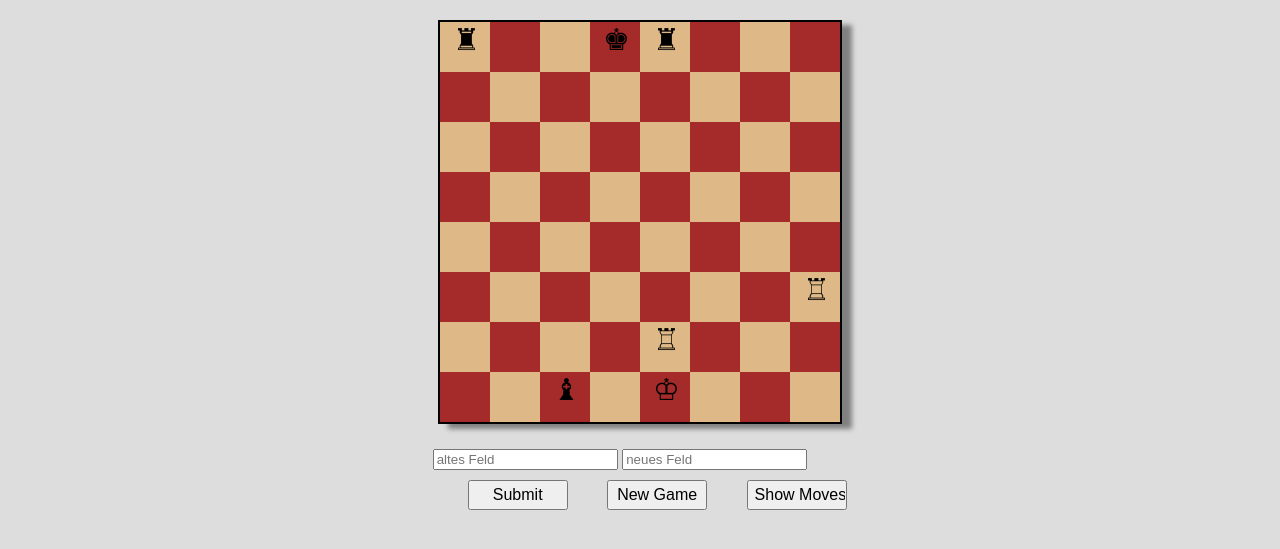
Repository: lizenzblue/Schach
Page: http://localhost/Schach.php
The author's editor kept a copy of each file at every save. The page is drawn from the files as they stood at one save, then again after the next save.
The browser window is 1280 px wide. The pictures show the whole page.
The page is run by PHP 8.4 with error messages shown; the project is at /var/www/html/.

Above is the page before, as saved 2023-02-02 14:10:09.

After the next save:
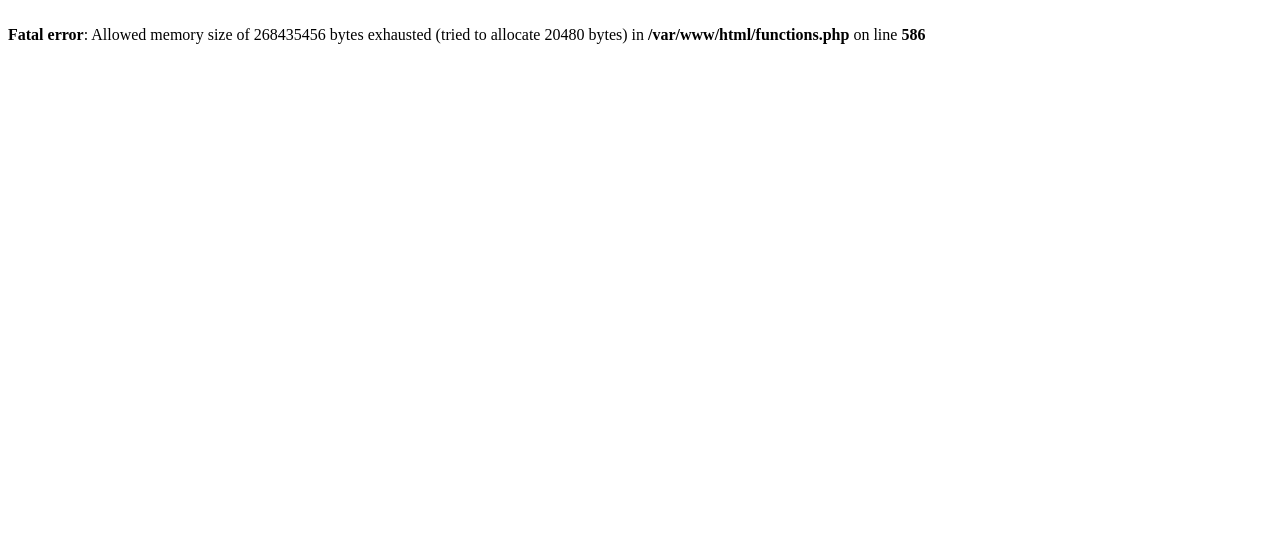
Saved 43 s later.
--- a/functions.php
+++ b/functions.php
@@ -407,8 +407,10 @@ function validation($oldX, $oldY, $newX, $newY, $dataGrid, $simulateMove = false
     $absoluteFieldValue = abs($dataGrid[$oldY][$oldX]);
     $onlyOneTime = false;
 
-    if(!$absoluteFieldValue == 6){
-        stopFiguresFromMovingIfKingIsCheck([$oldX, $oldY], $dataGrid);
+    if($absoluteFieldValue != 6){
+        if(stopFiguresFromMovingIfKingIsCheck([$oldX, $oldY], $dataGrid)){
+            return false;
+        }
     }
 
 
